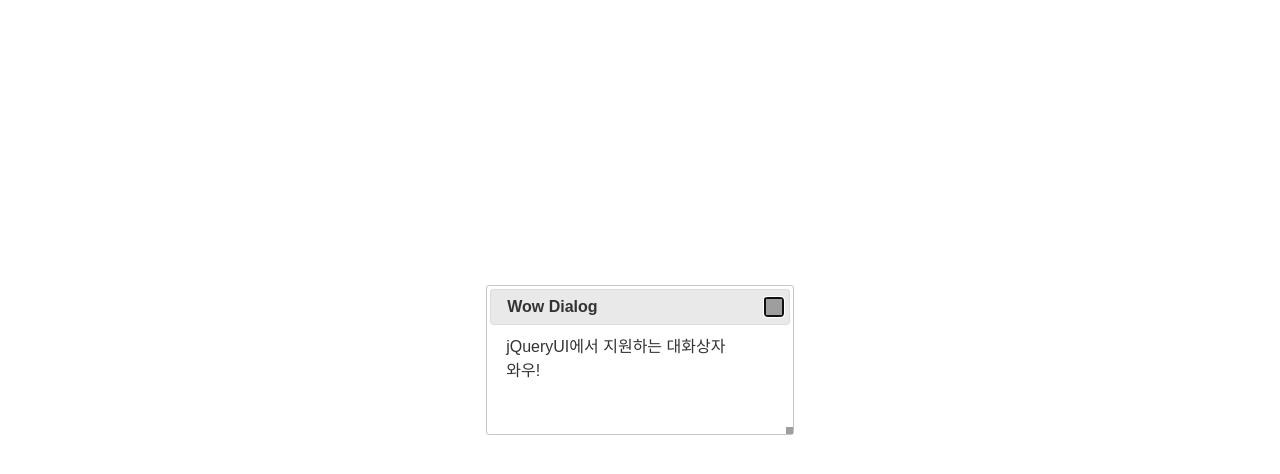
Repository: CHOKIHO/html
Page: work/0111/WebContent/ex15_dialog.html
The author's editor kept a copy of each file at every save. The page is drawn from the files as they stood at one save, then again after the next save.
The browser window is 1280 px wide. The pictures show the whole page.
Pictures or frames that could not be fetched are drawn as grey boxes. Some web libraries are served in a nearby version.

Above is the page before, as saved 2017-01-11 07:04:56.

After the next save:
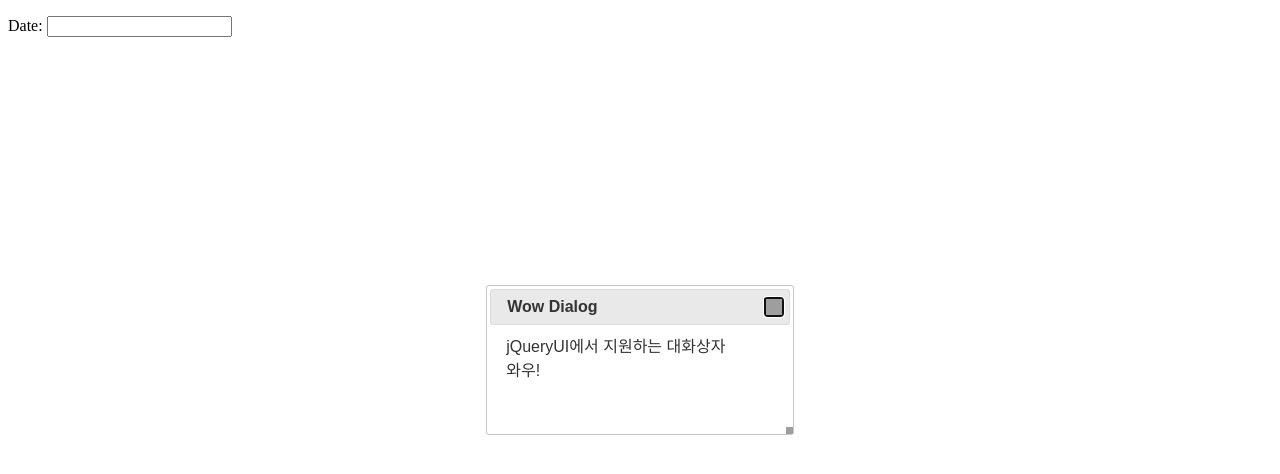
Saved 3 min 27 s later.
--- a/work/0111/WebContent/ex15_dialog.html
+++ b/work/0111/WebContent/ex15_dialog.html
@@ -22,6 +22,13 @@
   	});
 
   </script>
+
+  <style type="text/css">
+
+  	div#md {
+
+  	}
+  </style>
 </head>
 <body>
 
@@ -30,5 +37,7 @@
 		와우!
 	</div>
 
+	<p>Date: <input type="text" id="datepicker"></p>
+
 </body>
 </html>
